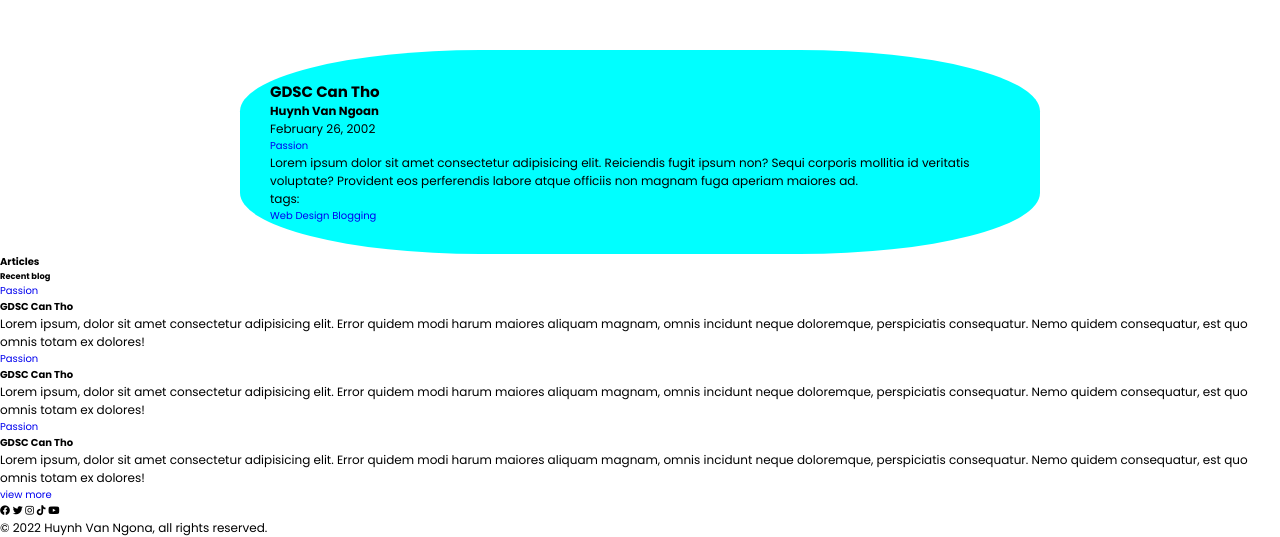
Repository: huynhvanngoan/TaskTeam5
Page: BlogPost/HTML/index.html
The author's editor kept a copy of each file at every save. The page is drawn from the files as they stood at one save, then again after the next save.
The browser window is 1280 px wide. The pictures show the part of the page from y = 620 to 1157 px (the page is 1157 px tall).

Above is the page before, as saved 2022-10-17 00:33:43.

After the next save:
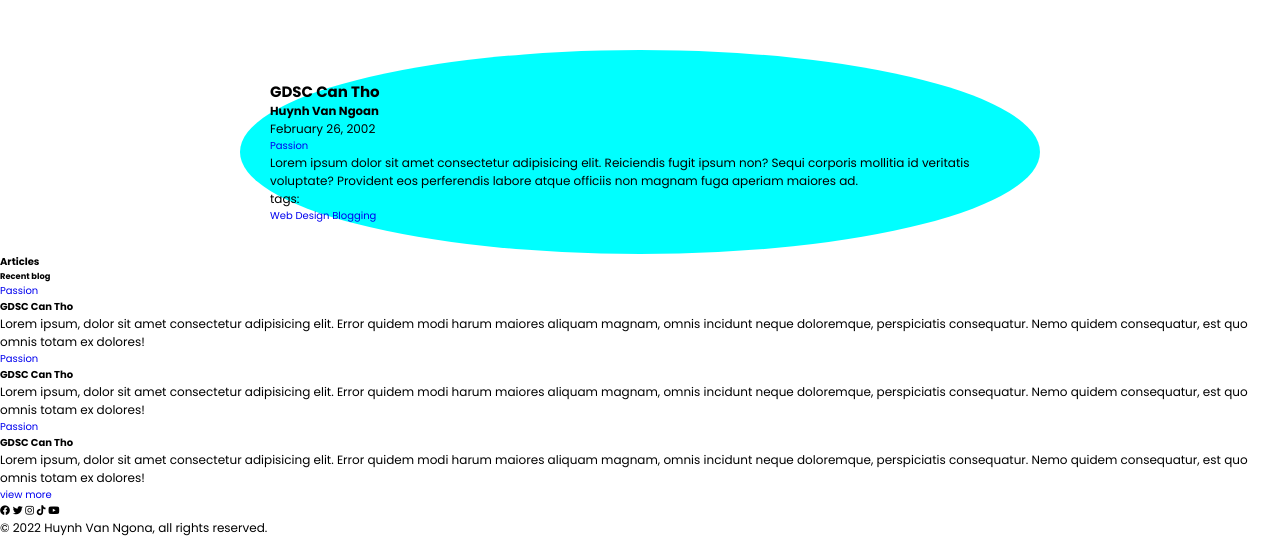
Saved 7 s later.
--- a/BlogPost/CSS/style.css
+++ b/BlogPost/CSS/style.css
@@ -81,5 +81,5 @@
     background-color:aqua;
     margin: 0 auto;
     padding: 3rem;
-    border-radius: 30%;
+    border-radius: 70%;
 }
